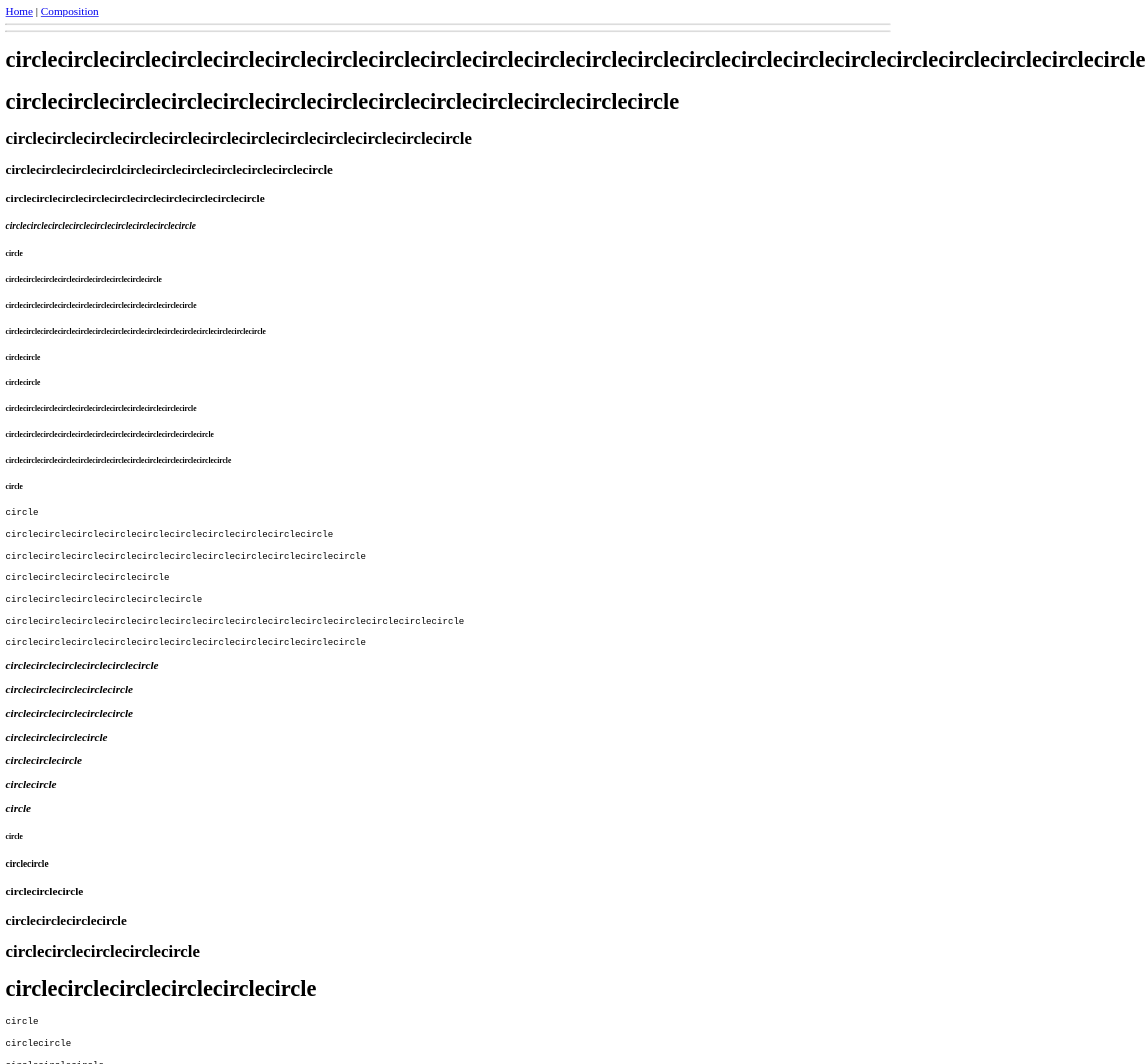
Repository: parkh899/parkh899.github.io
Page: lab/composition.html
The author's editor kept a record of every edit. The page is drawn from the files as they stood at one moment, then again after the next edit.
The browser window is 1280 px wide. The page is 1636 px wide, then 1620 px, so the pictures cover 1636 px, including what lies to the right of the window. The pictures show the part of the page from y = 0 to 1520 px (the page is 3889 px tall), at 70% of full size.

Above is the page before.

### lab/composition.html
<html>

<a href = "../index.html">Home</a> | <a href = "index.html">Composition</a>

    <br>
    <hr>
    <hr>

    <body>

<h1>circlecirclecirclecirclecirclecirclecirclecirclecirclecirclecirclecirclecirclecirclecirclecirclecirclecirclecirclecirclecirclecircle</h1>
<h1>circlecirclecirclecirclecirclecirclecirclecirclecirclecirclecirclecirclecircle</h1>
<h2>circlecirclecirclecirclecirclecirclecirclecirclecirclecirclecirclecircle</h2>
<h3>circlecirclecirclecirclcirclecirclecirclecirclecirclecirclecircle</h3>
<h4>circlecirclecirclecirclecirclecirclecirclecirclecirclecircle</h4>
<h5><i>circlecirclecirclecirclecirclecirclecirclecirclecircle</i></h5>
<h6>circle</h6>
<h6>circlecirclecirclecirclecirclecirclecirclecirclecircle</h6>
<h6>circlecirclecirclecirclecirclecirclecirclecirclecirclecirclecircle</h6>
<h6>circlecirclecirclecirclecirclecirclecirclecirclecirclecirclecirclecirclecirclecirclecircle</h6>
<h6>circlecircle</h6>
<h6>circlecircle</h6>
<h6>circlecirclecirclecirclecirclecirclecirclecirclecirclecirclecircle</h6>
<h6>circlecirclecirclecirclecirclecirclecirclecirclecirclecirclecirclecircle</h6>
<h6>circlecirclecirclecirclecirclecirclecirclecirclecirclecirclecirclecirclecircle</h6>
<h6>circle</h6>
<p><code> circle </code></p>
<p><code> circlecirclecirclecirclecirclecirclecirclecirclecirclecircle </code></p>
<p><code> circlecirclecirclecirclecirclecirclecirclecirclecirclecirclecircle </code></p>
<p><code> circlecirclecirclecirclecircle</code></p>
<p><code> circlecirclecirclecirclecirclecircle </code></p>
<p><code> circlecirclecirclecirclecirclecirclecirclecirclecirclecirclecirclecirclecirclecircle </code></p>
<p><code> circlecirclecirclecirclecirclecirclecirclecirclecirclecirclecircle</code></p>
<p><strong><em>circlecirclecirclecirclecirclecircle</em></strong></p>
<p><strong><em> circlecirclecirclecirclecircle</em></strong></p>
<p><strong><em>circlecirclecirclecirclecircle</em></strong></p>
    <p><strong><em>circlecirclecirclecircle</em></strong></p>
        <p><strong><em>circlecirclecircle</em></strong></p>
            <p><strong><em>circlecircle</em></strong></p>
            <p><strong><em>circle</em></strong></p>
                <h6>circle</h6>
                <h5>circlecircle</h5>
                <h4>circlecirclecircle</h4>
                <h3>circlecirclecirclecircle</h3>
                <h2>circlecirclecirclecirclecircle</h2>
                <h1>circlecirclecirclecirclecirclecircle</h1>
                <p><code> circle</code></p>
<p><code> circlecircle </code></p>
<p><code> circlecirclecircle</code></p>
<p><code> circlecirclecirclecircle</code></p>
<p><code> circlecirclecirclecirclecircle </code></p>
<p><code> circlecirclecirclecirclecirclecircle </code></p>
<p><code> circlecirclecirclecirclecirclecirclecircle </code></p>
<p><strong><em>circlecirclecirclecirclecirclecircle</em></strong></p>
<p><strong><em> circlecirclecirclecirclecircle</em></strong></p>
<p><strong><em>circlecirclecirclecirclecircle</em></strong></p>
    <p><strong><em>circlecirclecirclecircle</em></strong></p>
        <p><strong><em>circlecirclecircle</em></strong></p>
            <p><strong><em>circlecircle</em></strong></p>
            <p><strong><em>circle</em></strong></p>
                <h1>circlecirclecirclecirclecirclecirclecirclecirclecirclecircle</h1>
<h2>circlecirclecirclecirclecircle</h2>
<h3>circlecirclecirclecircle</h3>
<h4>circlecirclecircle</h4>
<h5>circlecircle</h5>
<h6>circle</h6>
<p><code> circle<code></p>
<p><code> circlecircle <code></p>
<p><code> circlecirclecircle<code></p>
<p><code> circlecirclecirclecircle<code></p>
<p><code> circlecirclecirclecirclecircle <code></p>
<p><code> circlecirclecirclecirclecirclecircle <code></p>
<p><code> circlecirclecirclecirclecirclecirclecircle <code></p>
<p><strong><em>circlecirclecirclecirclecirclecircle</em></strong></p>
<p><strong><em> circlecirclecirclecirclecircle</em></strong></p>
<p><strong><em>circlecirclecirclecirclecircle</em></strong></p>
    <p><strong><em>circlecirclecirclecircle</em></strong></p>
        <p><strong><em>circlecirclecircle</em></strong></p>
            <p><strong><em>circlecircle</em></strong></p>
            <p><strong><em>circle</em></strong></p>
                <p><strong><em>circlecirclecirclecirclecirclecirclecircirclecircle</em></strong></p>
    <p><strong><em>circlecirclecirclecirclecirclecirclecircirclecirclecircle</em></strong></p>
            <p><strong><em>circlecirclecirclecirclecirclecirclecircirclecirclecircle</em></strong></p>
                    <p><strong><em>circlecirclecirclecirclecirclecirclecircirclecirclecirclecirclecircle</em></strong></p>
                            <p><strong><em>circlecirclecirclecirclecirclecirclecircirclecirclecirclecirclecirclecircle</em></strong></p>
                                    <p><strong><em>circlecirclecirclecirclecirclecirclecircirclecirclecirclecircle</em></strong></p>
                                            <p><strong><em>circlecirclecirclecirclecirclecirclecircirclecirclecirclecirclecirclecirclecirclecirclecirclecirclecirclecircirclecirclecirclecirclecirclecircle</em></strong></p>
                                                <p><code> circle</code></p>
<p><code> circlecirclecircle </code></p>
<p><code> circlecirclecirclecircle</code></p>
<p><code> circlecirclecirclecirclecircle</code></p>
<p><code> circlecirclecirclecirclecirclecircle </code></p>
<p><code> circlecirclecirclecirclecirclecirclecircle</code></p>
<p><code>circlecirclecirclecirclecirclecirclecirclecirclecirclecirclecircle </code></p>
<p><code>circlecirclecirclecirclecirclecirclecirclecirclecirclecirclecirclecirclecirclecirclecirclecirclecirclecirclecirclecirclecirclecirclecirclecirclecirclecirclecirclecirclecirclecirclecirclecirclecirclecirclece</code></p>
<p><strong><em>circlecirclecirclecirclecirclecircle</em></strong></p>
<p><strong><em> circlecirclecirclecirclecircle</em></strong></p>
<p><strong><em>circlecirclecirclecirclecircle</em></strong></p>
    <p><strong><em>circlecirclecirclecirclecirclecirclecirclecirclecirclecircle</em></strong></p>
        <p><strong><em>circlecirclecirclecirclecirclecirclecirclecirclecirclecirclecirclecirclecirclecirclecircle</em></strong></p>
            <p><strong><em>circlecirclecirclecirclecirclecirclecirclecircle</em></strong></p>
            <i><p><strong><em>circle</em></strong></p></i>
                <h6>circle</h6>
                <h5>circlecircle</h5>
                <h4>circlecirclecircle</h4>
                <h3>circlecirclecirclecircle</h3>
                <h2>circlecirclecirclecirclecircle</h2>
                <h1>circlecirclecirclecirclecirclecirclcirclecirclecirclecirclecirclecircle</h1>
                <p><code> circle </code></p>

            <p><code> circlecirclecircle </code></p>
<p><code> circlecirclecirclecircle</code></p>
<p><code> circlecirclecirclecirclecircle</code></p>
<p><code> circlecirclecirclecirclecirclecircle </code></p>
<p><code> circlecirclecirclecirclecirclecirclecircle</code></p>
<p><code>circlecirclecirclecirclecirclecirclecirclecirclecirclecirclecircle</code></p>
<p><code>circlecirclecirclecirclecirclecirclecirclecirclecirclecirclecirclecirclecirclecirclecirclecirclecirclecirclecirclecirclecirclecirclecirclecirclecirclecirclecirclecirclecir</code></p>
<p><strong><em>circlecirclecirclecirclecirclecirclecirclecirclecirclecirclecirclecirclecirclecirclecirclecirclecirclecirclecirclecirclecirclecirclecirclecirclecirclecirclecirclecirclecirclecirclecircle</em></strong></p>
<p><strong><em> circlecirclecirclecirclecircle</em></strong></p>
<p><strong><em>circlecirclecirclecirclecirclecirclecirclecirclecirclecirclecirclecirclecirclecirclecirclecirclecirclecirclecirclecirclecirclecir</em></strong></p>
    <p><strong><em>circlecirclecirclecircle</em></strong></p>
        <p><strong><em>circlecirclecircle</em></strong></p>
            <p><strong><em>circlecircle</em></strong></p>
            <p><strong><em>circle<</em></strong></p>
                <p><strong><em>circlecirclecircle</em></strong></p>
                <p><strong><em>circlecirclecirclecircle</em></strong></p>

</body>

</html>

After the next edit:
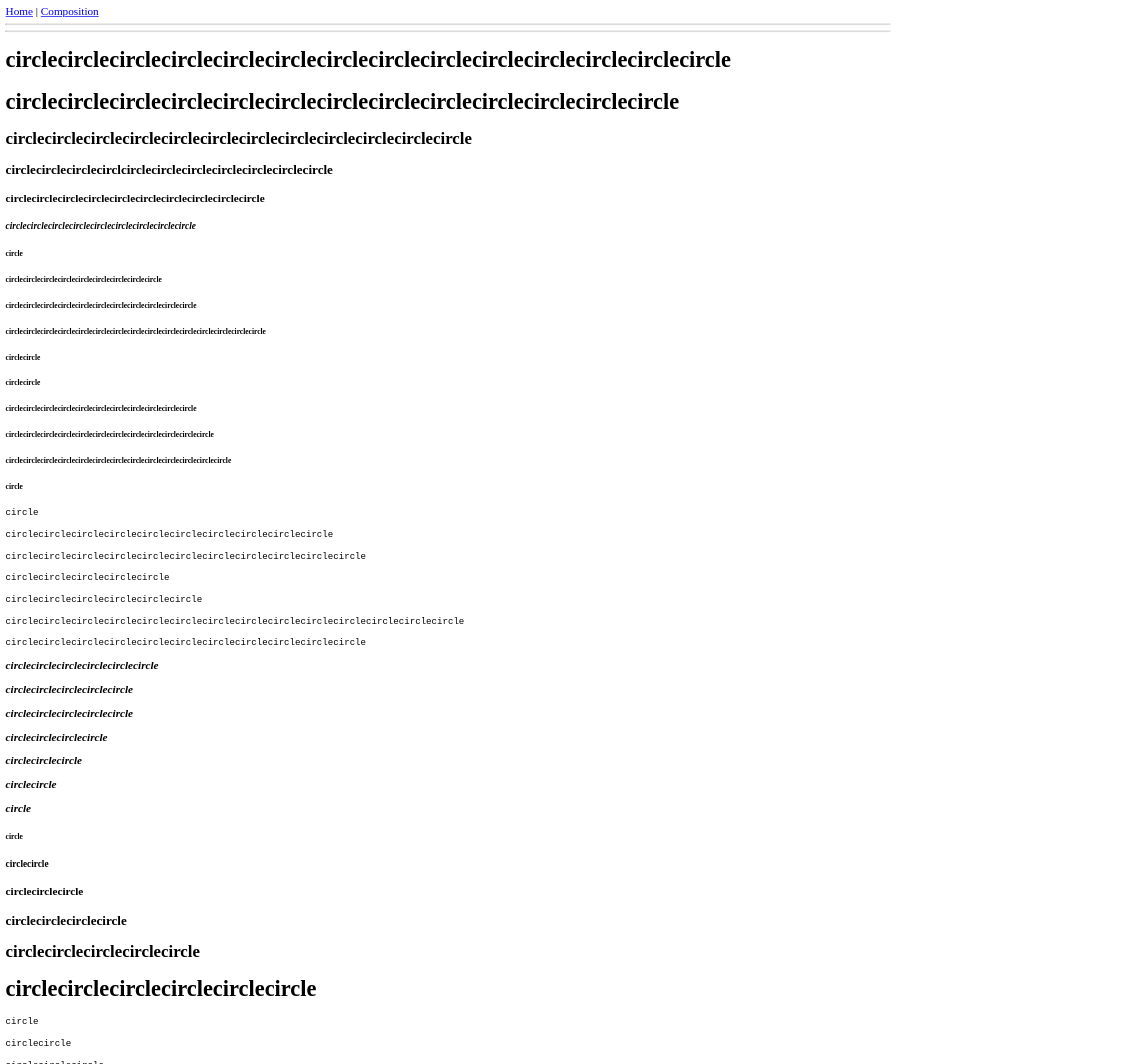
The edit:
--- a/lab/composition.html
+++ b/lab/composition.html
@@ -8,7 +8,7 @@
 
     <body>
 
-<h1>circlecirclecirclecirclecirclecirclecirclecirclecirclecirclecirclecirclecirclecirclecirclecirclecirclecirclecirclecirclecirclecircle</h1>
+<h1>circlecirclecirclecirclecirclecirclecirclecirclecirclecirclecirclecirclecirclecircle</h1>
 <h1>circlecirclecirclecirclecirclecirclecirclecirclecirclecirclecirclecirclecircle</h1>
 <h2>circlecirclecirclecirclecirclecirclecirclecirclecirclecirclecirclecircle</h2>
 <h3>circlecirclecirclecirclcirclecirclecirclecirclecirclecirclecircle</h3>
